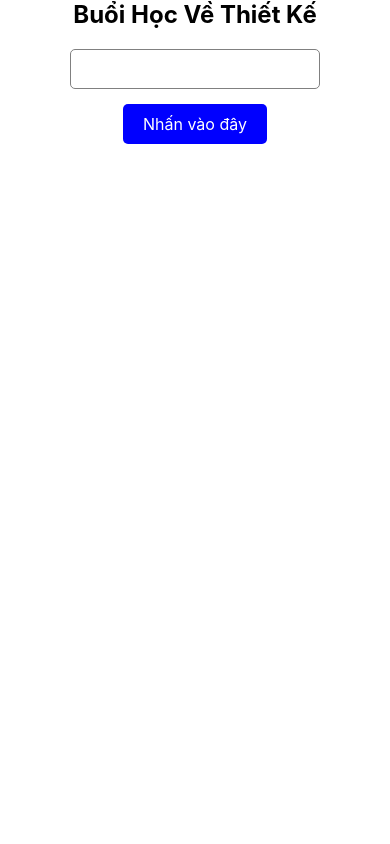
Repository: vanh1604/ExerciseReactNative
Screen: /
The author's editor kept a copy of each file at every save. The screen is drawn from the files as they stood at one save, then again after the next save.
The app was drawn by React Native's web renderer in a window 390 px wide. The project was rebuilt for these pictures with package versions that can differ from the ones it lists, and the page was loaded fresh each time.

Above is the screen before, as saved 2023-08-27 14:49:42.

After the next save:
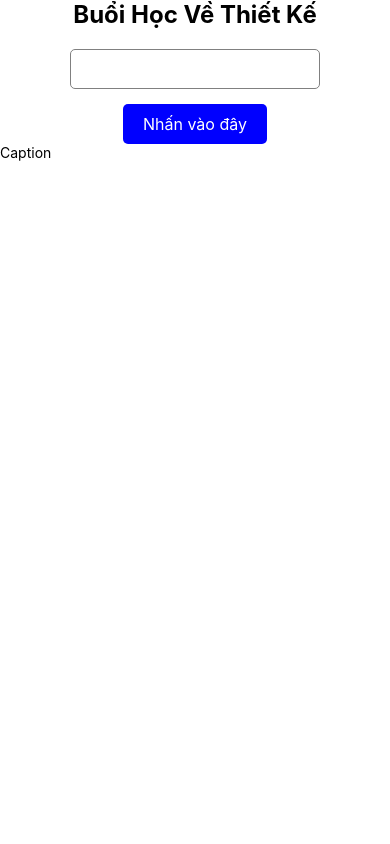
Saved 18 s later.
--- a/App.js
+++ b/App.js
@@ -6,6 +6,7 @@ export default function App() {
   return (
     <View>
       <LessonDesign />
+      <Caption />
     </View>
   );
 }
